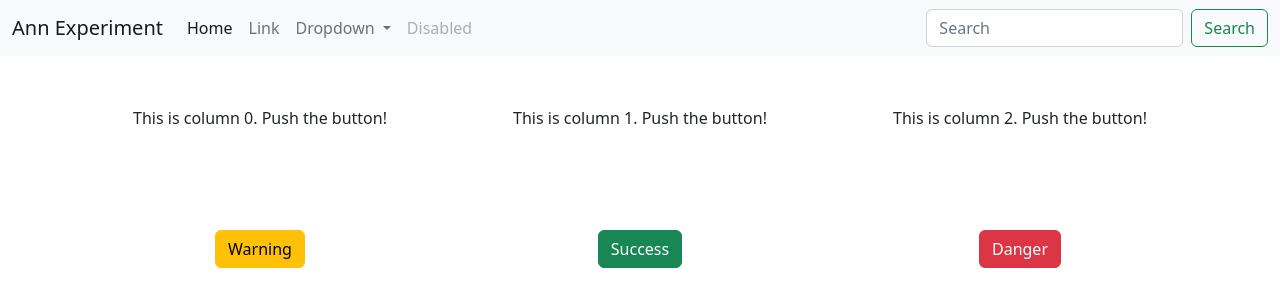
Repository: annferracane/phase-0-personal-website
Page: index.html
An editor plug-in stored every save of this project. The page is shown before and after the next save, followed by the edit.
The browser window is 1280 px wide. The pictures show the whole page.

Above is the page before, as saved 2022-11-13 16:57:05.

After the next save:
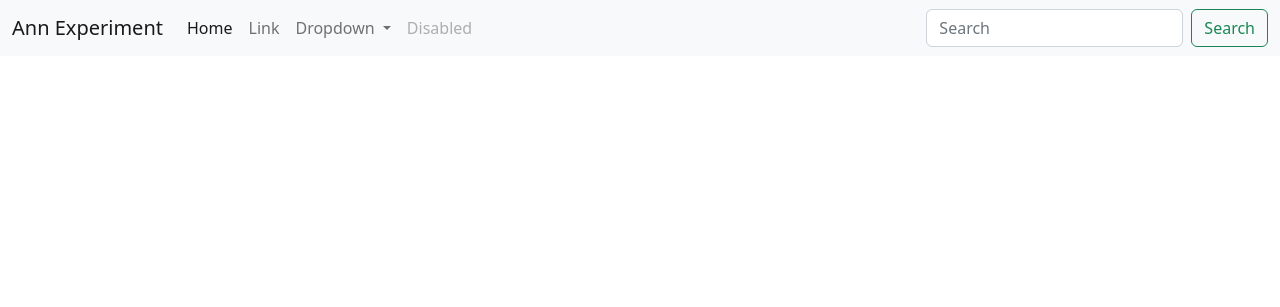
Console error: ReferenceError: message is not defined
Saved 22 s later.
--- a/script.js
+++ b/script.js
@@ -41,6 +41,8 @@
 
     button.className = buttonClassName;
 
+    addingEventListener(button, message);
+
     // add div column to row
     document.querySelector("#main-div-row").appendChild(div);
 

After the 4 saves that followed:
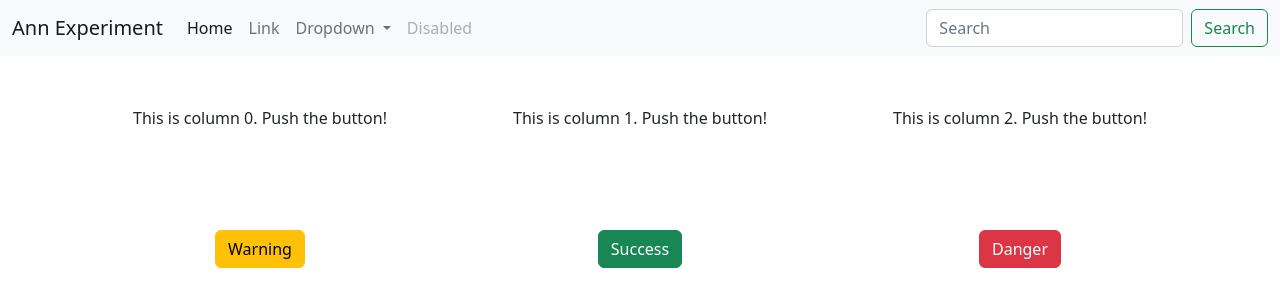
The error is gone.
The 4 saves are shown as one change because 2 left the picture as it was and some came seconds apart.
The last was saved 94 s later.
--- a/script.js
+++ b/script.js
@@ -26,22 +26,26 @@
     // create button, add button className depending on i value
     const button = document.createElement("button");
 
-    let buttonClassName = "btn btn-success";
+    let buttonClassName = "btn btn-warning";
+    let buttonMessage = "This is a warning!"
 
     if (i === 1) {
         buttonClassName = "btn btn-success";
         button.textContent = "Success";
+        buttonMessage = "This was a success!";
     } else if (i === 2) {
         buttonClassName = "btn btn-danger";
         button.textContent = "Danger";
+        buttonMessage = "This is dangerous!";
     } else {
         buttonClassName = "btn btn-warning";
         button.textContent = "Warning";
+        buttonMessage = "This is a warning!";
     }
 
     button.className = buttonClassName;
 
-    addingEventListener(button, message);
+    //addingEventListener(button, message);
 
     // add div column to row
     document.querySelector("#main-div-row").appendChild(div);
